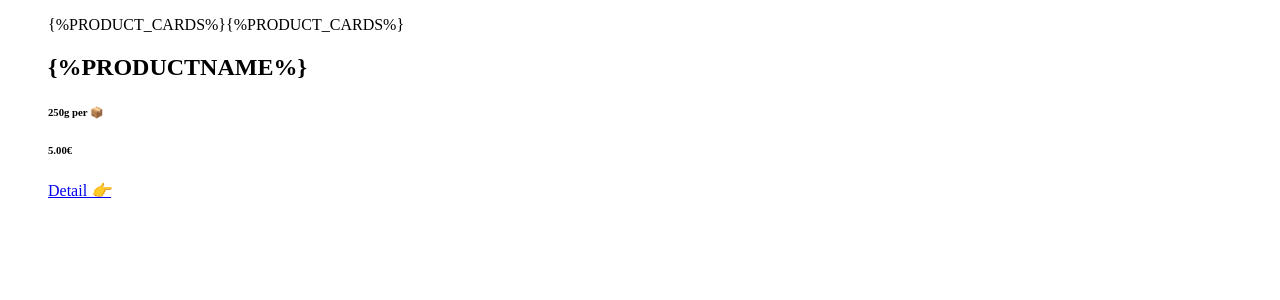
Repository: baolequang94/natour
Page: 1-node-farm/starter/templates/template-card.html
These files come from the project's save history. The page is drawn as it stood at one moment and after the next save; the edit follows.
The browser window is 1280 px wide. The pictures show the whole page.

Above is the page before, as saved 2022-05-25 00:00:27.

### 1-node-farm/starter/templates/template-card.html
<figure class="card">
  <div class="card__emoji">{%PRODUCT_CARDS%}{%PRODUCT_CARDS%}</div>
  <div class="card__title-box">
    <h2 class="card__title">{%PRODUCTNAME%}</h2>
  </div>

  <div class="card__details">
    <div class="card__detail-box">
      <h6 class="card__detail">250g per 📦</h6>
    </div>

    <div class="card__detail-box">
      <h6 class="card__detail card__detail--price">5.00€</h6>
    </div>
  </div>

  <a class="card__link" href="#">
    <span>Detail <i class="emoji-right">👉</i></span>
  </a>
</figure>

After the next save:
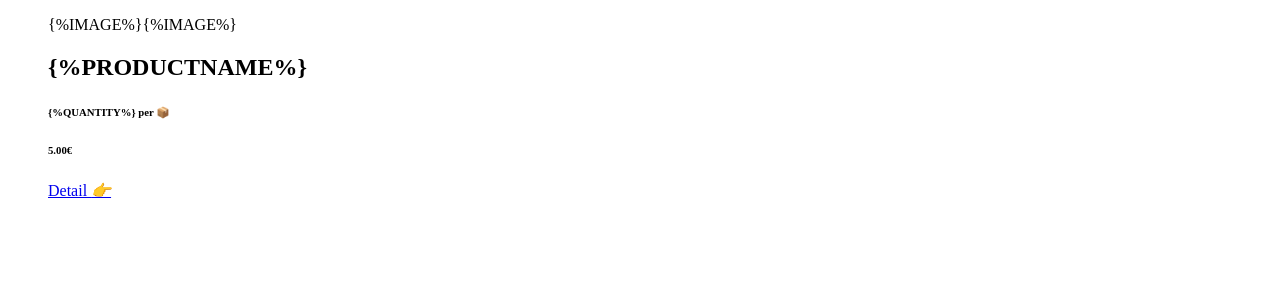
Saved 28 s later.
--- a/1-node-farm/starter/templates/template-card.html
+++ b/1-node-farm/starter/templates/template-card.html
@@ -1,12 +1,12 @@
 <figure class="card">
-  <div class="card__emoji">{%PRODUCT_CARDS%}{%PRODUCT_CARDS%}</div>
+  <div class="card__emoji">{%IMAGE%}{%IMAGE%}</div>
   <div class="card__title-box">
     <h2 class="card__title">{%PRODUCTNAME%}</h2>
   </div>
 
   <div class="card__details">
-    <div class="card__detail-box">
-      <h6 class="card__detail">250g per 📦</h6>
+    <div class="card__detail-box {%NOT_ORGANIC%}">
+      <h6 class="card__detail">{%QUANTITY%} per 📦</h6>
     </div>
 
     <div class="card__detail-box">
